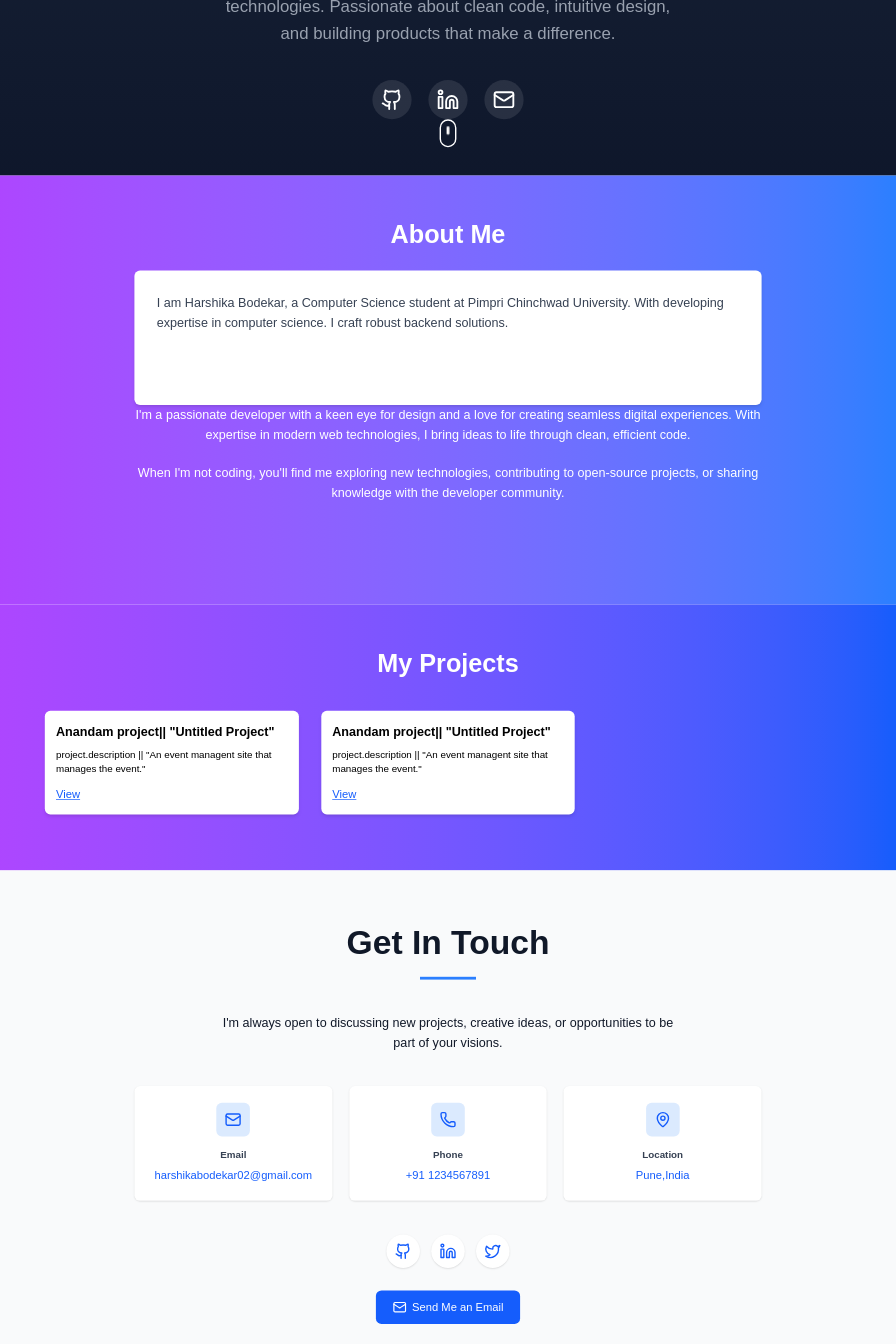
Repository: harshikabodekar/portfolio_awp
Page: /
These files come from the project's save history. The page is drawn as it stood at one moment and after the next save; the edit follows.
The browser window is 1280 px wide. The pictures show the part of the page from y = 599 to 2519 px (the page is 2570 px tall before and 2596 px after), at 70% of full size.
The project was rebuilt for these pictures with package versions that can differ from the ones it lists, and the page was loaded fresh each time. The framework's server and built-in components were replaced by stand-ins that run in the browser. Also part of the build but not shown: next.config.mjs.

Above is the page before, as saved 2025-10-15 20:14:19.

After the next save:
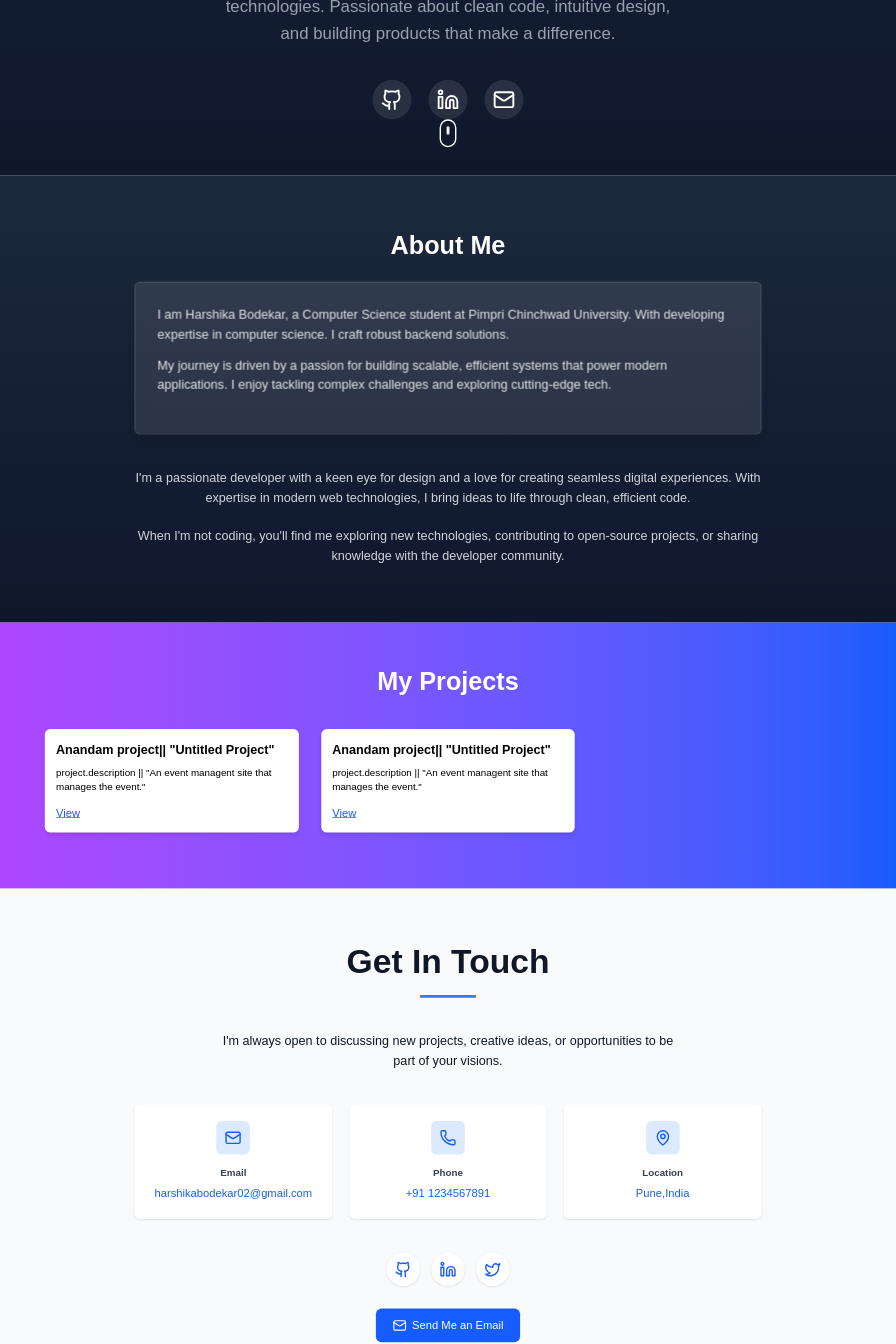
Saved 2 min 12 s later.
--- a/src/app/components/About.js
+++ b/src/app/components/About.js
@@ -2,28 +2,28 @@ import React from 'react';
 
 const About = () => {
   return (
-     <section id="about" className="py-20 px-6 bg-gradient-to-r from-purple-500 to-blue-500 text-white pt-16">
+     <section id="about" className="py-20 px-6 bg-gradient-to-b from-slate-800 to-slate-900 text-white">
       <div className="container mx-auto max-w-4xl">
         <h2 className="text-4xl font-bold text-center mb-8">About Me</h2>
-        <div className="bg-white p-8 rounded-lg shadow-md">
-          <p className="text-lg text-gray-700 mb-4">
+        <div className="bg-white/10 backdrop-blur-sm p-8 rounded-lg shadow-lg border border-white/20">
+          <p className="text-lg text-gray-200 mb-4">
             I am Harshika Bodekar, a Computer Science student at Pimpri Chinchwad University.
             With developing expertise in computer science.
             I craft robust backend solutions.
           </p>
-          <p className="text-lg text-white">
+          <p className="text-lg text-gray-200 mb-6">
             My journey is driven by a passion for building scalable,
             efficient systems that power modern applications.
             I enjoy tackling complex challenges and exploring cutting-edge tech.
           </p>
         </div>
-        <div className="mb-16 text-center">
-            <p className="text-lg text-muted-foreground leading-relaxed mb-6">
+        <div className="mt-12 text-center">
+            <p className="text-lg text-gray-300 leading-relaxed mb-6">
               I'm a passionate developer with a keen eye for design and a love for creating
               seamless digital experiences. With expertise in modern web technologies, I bring
               ideas to life through clean, efficient code.
             </p>
-            <p className="text-lg text-muted-foreground leading-relaxed">
+            <p className="text-lg text-gray-300 leading-relaxed">
               When I'm not coding, you'll find me exploring new technologies, contributing to
               open-source projects, or sharing knowledge with the developer community.
             </p>
